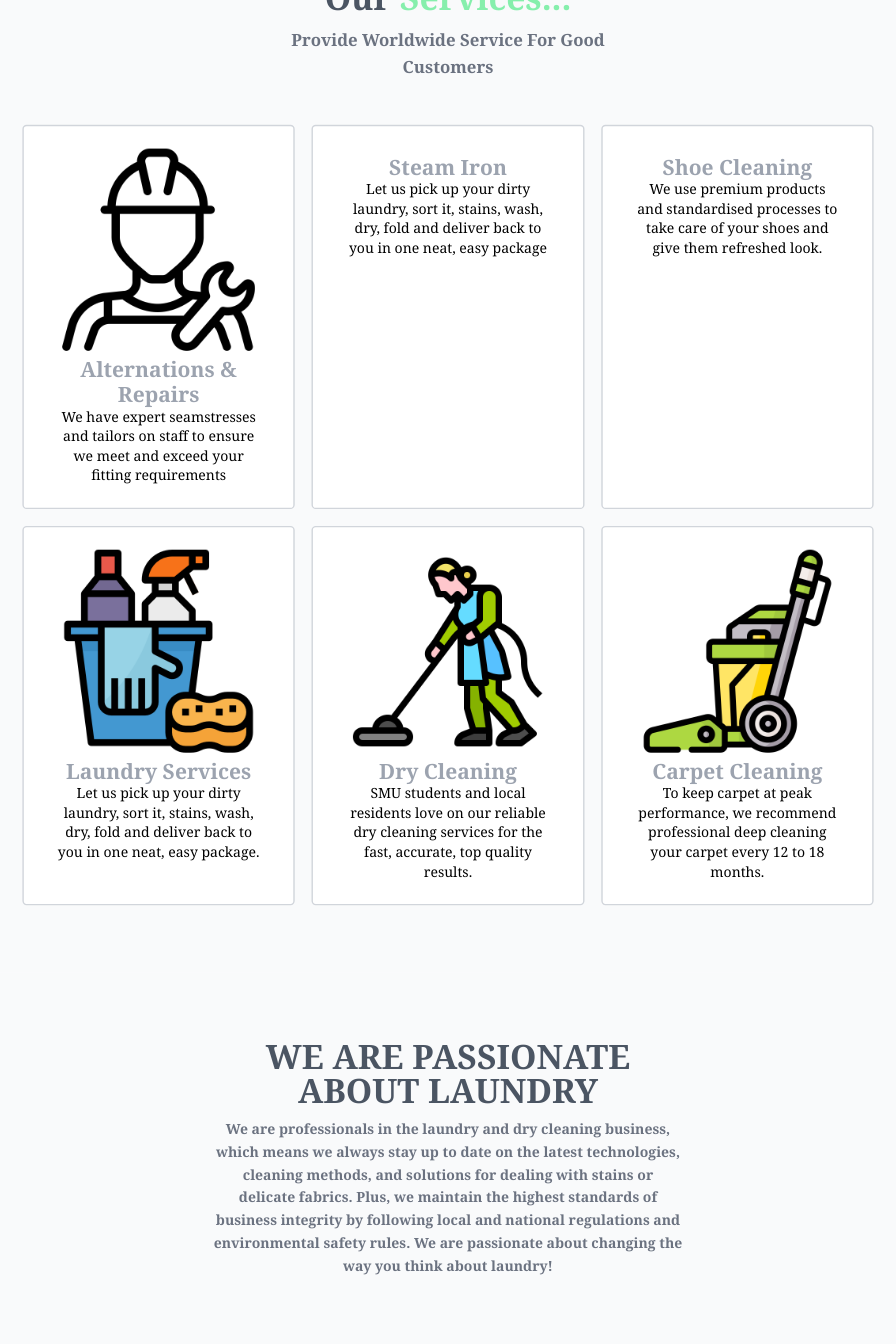
Repository: remydev47/smartlaundry
Page: /
An editor plug-in stored every save of this project. The page is shown before and after the next save, followed by the edit.
The browser window is 1280 px wide. The pictures show the part of the page from y = 1216 to 3136 px (the page is 3136 px tall before and 3104 px after), at 70% of full size.
The project was rebuilt for these pictures with package versions that can differ from the ones it lists, and the page was loaded fresh each time. The framework's server and built-in components were replaced by stand-ins that run in the browser. Also part of the build but not shown: next.config.js, components/Commercial.tsx, components/Prices.tsx, components/Banner.tsx, components/Reasons.tsx, components/Testimonial.tsx, components/Pricing.tsx, components/Footer.tsx.

Above is the page before, as saved 2022-10-24 15:41:59.

After the next save:
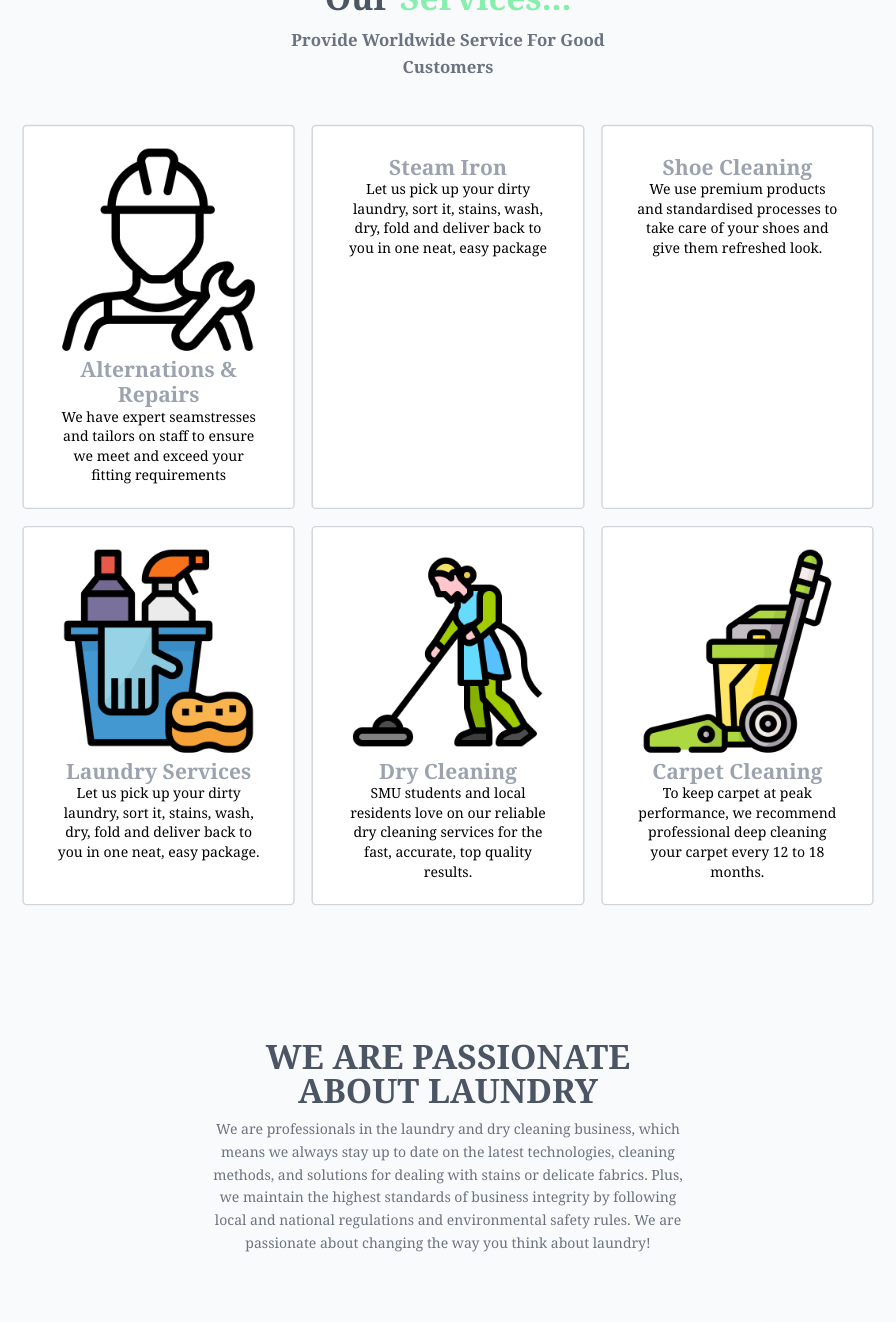
Saved 43 s later.
--- a/components/Steps.tsx
+++ b/components/Steps.tsx
@@ -8,7 +8,7 @@
        <h2 className="text-4xl font-bold font-serif leading-tight text-gray-600  lg:text-5xl">
         WE ARE PASSIONATE ABOUT LAUNDRY​
        </h2>
-       <p className="mt-4 font-serif text-xl font-extrabold leading-relaxed text-gray-500">
+       <p className="mt-4 font-serif text-xl font-normal leading-relaxed text-gray-500">
         We are professionals in the laundry and dry cleaning business, which means we always stay up to date on the latest technologies, cleaning methods, and solutions for dealing with stains or delicate fabrics. Plus, we maintain the highest standards of business integrity by following local and national regulations and environmental safety rules. We are passionate about changing the way you think about laundry!
       </p>
      </div>
